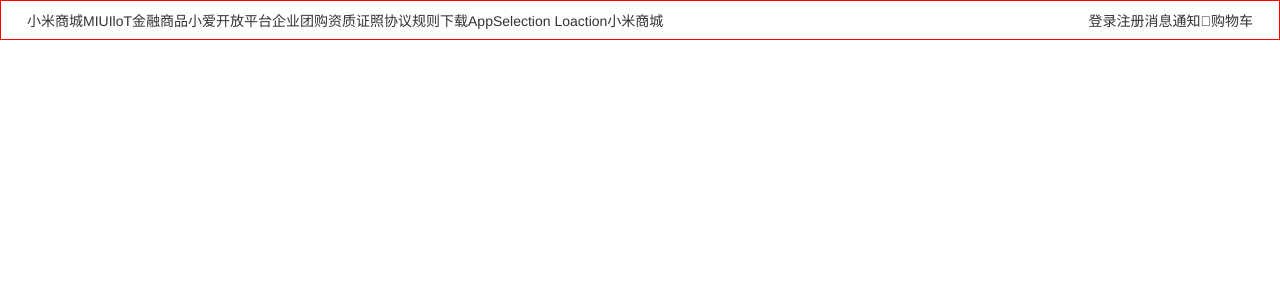
Repository: chenguocan/mi
Page: index.html
These files come from the project's save history. The page is drawn as it stood at one moment and after the next save; the edit follows.
The browser window is 1280 px wide. The pictures show the whole page.

Above is the page before, as saved 2020-10-13 09:42:05.

### index.html
<!DOCTYPE html>
<html lang="en">

<head>
    <meta charset="UTF-8">
    <title>小米商城 - 小米10 Pro、Redmi K30 Pro、小米MIX Alpha，小米电视官方网站</title>
    <meta name="viewport" content="width=1226">
    <link rel="stylesheet" href="./css/reset.css">
    <link rel="stylesheet" href="./css/index.css">
    <link rel="stylesheet" href="./css/base.css">
    <link rel="stylesheet" href="./font/css/all.min.css">
</head>

<body>
    <div class="topbar-wrapper">
        <div class="topbar w">
            <ul class="service">
                <li><a href="javascript:;">小米商城</a></li>
                <li class="line"></li>
                <li><a href="javascript:;">MIUI</a></li>
                <li class="line"></li>
                <li><a href="javascript:;">loT</a></li>
                <li class="line"></li>
                <li><a href="javascript:;">金融</a></li>
                <li class="line"></li>
                <li><a href="javascript:;">商品</a></li>
                <li class="line"></li>
                <li><a href="javascript:;">小爱开放平台</a></li>
                <li class="line"></li>
                <li><a href="javascript:;">企业团购</a></li>
                <li class="line"></li>
                <li><a href="javascript:;">资质证照</a></li>
                <li class="line"></li>
                <li><a href="javascript:;">协议规则</a></li>
                <li class="line"></li>
                <li><a href="javascript:;">下载App</a></li>
                <li class="line"></li>
                <li><a href="javascript:;">Selection Loaction</a></li>
                <li class="line"></li>
                <li><a href="javascript:;">小米商城</a></li>
                <li class="line"></li>
            </ul>
            <ul class="shop-cart">
                <li><i class="fa-adobe"></i><a href="javascript:;">购物车</a></li>
            </ul>
            <ul class="user">
                <li><a href="javascript:;">登录</a></li>
                <li class="line"></li>
                <li><a href="javascript:;">注册</a></li>
                <li class="line"></li>
                <li><a href="javascript:;">消息通知</a></li>
                <li class="line"></li>
            </ul>
        </div>
    </div>
</body>

</html>

### css/reset.css
/* v2.0 | 20110126
  http://meyerweb.com/eric/tools/css/reset/
  License: none (public domain)
*/
html, body, div, span, applet, object, iframe,
h1, h2, h3, h4, h5, h6, p, blockquote, pre,
a, abbr, acronym, address, big, cite, code,
del, dfn, em, img, ins, kbd, q, s, samp,
small, strike, strong, sub, sup, tt, var,
b, u, i, center,
dl, dt, dd, ol, ul, li,
fieldset, form, label, legend,
table, caption, tbody, tfoot, thead, tr, th, td,
article, aside, canvas, details, embed,
figure, figcaption, footer, header, hgroup,
menu, nav, output, ruby, section, summary,
time, mark, audio, video {
    margin: 0;
    padding: 0;
    border: 0;
    font-size: 100%;
    font: inherit;
    vertical-align: baseline;
}
/* HTML5 display-role reset for older browsers */
article, aside, details, figcaption, figure,
footer, header, hgroup, menu, nav, section {
    display: block;
}
body {
    line-height: 1;
}
ol, ul {
    list-style: none;
}
blockquote, q {
    quotes: none;
}
blockquote:before, blockquote:after,
q:before, q:after {
    content: '';
    content: none;
}
table {
    border-collapse: collapse;
    border-spacing: 0;
}

### css/index.css
*{
    box-sizing: border-box;
}
.topbar-wrapper{
    height: 40px;
    border:1px solid red;
    width: 100%;
}
.topbar .service{
    float: left;
}
.topbar .user,.topbar .shop-cart{
    float: right;
}
.topbar ul li{
    line-height: 40px;
    float: left;
}
.topbar ul li .line{
    height: 1px;
    width: 1px;
    border-right: 1px solid black;
}

### css/base.css

.clearfix::before,
.clearfix::after{
    content: '';
    display: table;
    clear: both;
}

body{
    color: rgb(51,51,51);
    font: 14px/1.5 "Helvetica Neue", Helvetica, Arial, "Microsoft Yahei", "Hiragino Sans GB", "Heiti SC", "WenQuanYi Micro Hei", sans-serif;
    min-width: 1226px;
}
a{
    text-decoration: none;
    color:#333;
}
.w{
    width: 1226px;
    margin-left:auto;
    margin-right: auto;
}

Loaded but not shown: font/css/all.min.css (library)

After the next save:
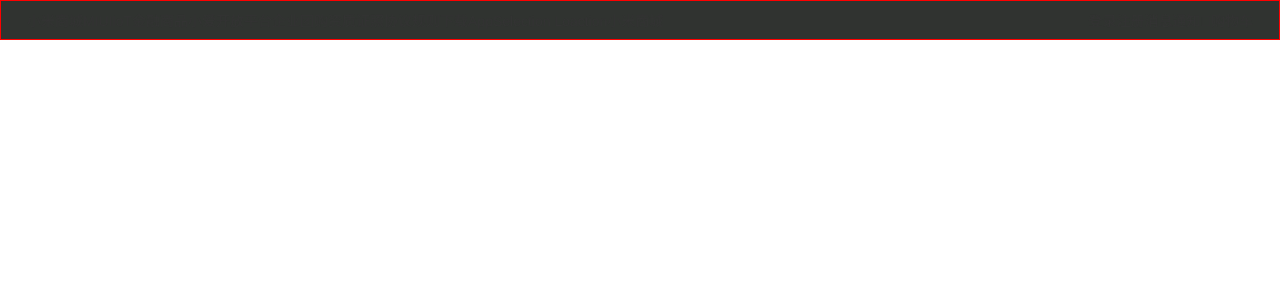
Saved 47 s later.
--- a/css/index.css
+++ b/css/index.css
@@ -2,6 +2,7 @@
     box-sizing: border-box;
 }
 .topbar-wrapper{
+    background:rgb(48, 51, 48);
     height: 40px;
     border:1px solid red;
     width: 100%;
